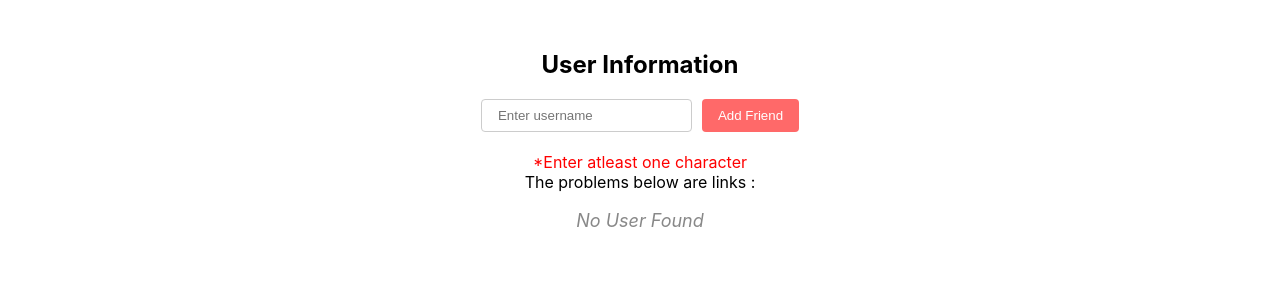
Repository: Sanketh149/leetcode-discord
Page: /
An editor plug-in stored every save of this project. The page is shown before and after the next save, followed by the edit.
The browser window is 1280 px wide. The pictures show the whole page.
The project was rebuilt for these pictures with package versions that can differ from the ones it lists, and the page was loaded fresh each time. Also part of the build but not shown: src/Modal.module.css, src/Modal.js, src/Cart.module.css, src/Cart.js.

Above is the page before, as saved 2023-06-21 16:59:33.

### src/App.js
import React, { useState } from "react";
import "./App.css";
import Cart from "./Cart";
const API_ENDPOINT = "/graphql";
const App = () => {
  const [username, setUsername] = useState("");
  const [user, setUser] = useState([]);
  const [leetId, setLeetId] = useState([]);
  const displayTitle = (item, titleSlug) => {
    const exisitingTitles = user.map((innerArray) => innerArray[0]);
    const exisitingSlugs = user.map((innerArray) => innerArray[1]);
    const uniqueTitles = [...new Set([...exisitingTitles, ...item])];
    const uniqueSlugs = [...new Set([...exisitingSlugs, ...titleSlug])];
    // const uniquePairs = uniqueTitles.map((name, index) => ({
    //   name,
    //   link: uniqueSlugs[index],
    // }));
    const uniquePairs = [];
    for (let i = 0; i < uniqueSlugs.length; i++) {
      const temp = [uniqueTitles[i], uniqueSlugs[i]];
      uniquePairs.push(temp);
    }
    setUser((prevState) => {
      return uniquePairs;
    });
  };

  const handleFormSubmit = async (event) => {
    event.preventDefault();

    const query = `
      {
        recentAcSubmissionList(username: "${username}") {
          id
          title
          titleSlug
        }
      }
    `;

    const url = `${API_ENDPOINT}?query=${encodeURIComponent(query)}`;

    fetch(url)
      .then((response) => response.json())
      .then((result) => {
        const titles = result.data.recentAcSubmissionList.map(
          (submission) => submission.title
        );
        const titleslugs = result.data.recentAcSubmissionList.map(
          (submission) => submission.titleSlug
        );
        displayTitle(titles, titleslugs);
        // displayTitleSlug(titleslugs);
      })
      .catch((error) => {
        setCartIsShown(true);
      });
  };

  const handleSubmit = (event) => {
    event.preventDefault();
    handleFormSubmit(event);
    if (!leetId.includes(username)) {
      setLeetId((prevState) => [...prevState, username]);
    }
  };
  const [cartIsShown, setCartIsShown] = useState(false);
  const showCartHandler = () => {
    setCartIsShown(true);
  };
  const hideCartHandler = () => {
    setCartIsShown(false);
  };
  const isSubmitDisabled = username.trim().length === 0;
  return (
    <div className="app">
      {cartIsShown && <Cart onClose={hideCartHandler} />}
      <h1 className="app__title">User Information</h1>
      <form onSubmit={handleSubmit} className="app__form">
        <input
          type="text"
          value={username}
          onChange={(event) => setUsername(event.target.value)}
          placeholder="Enter username"
          className="app__input"
        />
        <button
          type="submit"
          className={`${
            isSubmitDisabled === true ? "app__button_disabled" : "app__button"
          }`}
          disabled={isSubmitDisabled}
        >
          Add Friend
        </button>
      </form>
      {isSubmitDisabled === true && (
        <div style={{ display: "block" }} className="errorShow">
          {" "}
          *Enter atleast one character
        </div>
      )}
      {leetId.map((item) => (
        <button className="displayNameButton">{item}</button>
      ))}
      <div> The problems below are links :</div>
      {user.length > 0 ? (
        <ul className="app__list">
          {user.map((item) => (
            <li className="app__item">
              <a
                href={`https://leetcode.com/problems/${item[1]}`}
                target="_blank"
              >
                {item[0]}
              </a>
            </li>
          ))}
        </ul>
      ) : (
        <p className="app__message">No User Found</p>
      )}
    </div>
  );
};

export default App;

### src/App.css
.app {
  text-align: center;
  margin-top: 50px;
}

.app__title {
  font-size: 24px;
  margin-bottom: 20px;
}

.app__form {
  display: flex;
  justify-content: center;
  margin-bottom: 20px;
}

.app__input {
  padding: 8px 16px;
  margin-right: 10px;
  border-radius: 4px;
  border: 1px solid #ccc;
}

.app__button {
  padding: 8px 16px;
  border-radius: 4px;
  background-color: #007bff;
  color: #fff;
  border: none;
  cursor: pointer;
}

.app__button_disabled {
  padding: 8px 16px;
  border-radius: 4px;
  background-color: #ff6969;
  color: #fff;
  border: none;
  cursor: pointer;
}

.app__list {
  list-style: none;
  padding-left: 0;
  margin-bottom: 20px;
}

.app__item {
  font-size: 18px;
  margin-bottom: 10px;
}

.app__message {
  font-size: 18px;
  font-style: italic;
  color: #888;
}

.app__list a {
  color: #007bff; /* Set the color for regular links */
  text-decoration: none; /* Remove underline for links */
}

.app__list a:visited {
  color: #007bff; /* Set the color for visited links */
}

.errorShow {
  color: red;
}

.displayNameButton {
  background-color: #f2f2f2;
  border: none;
  border-radius: 4px;
  padding: 8px 12px;
  font-size: 14px;
  cursor: pointer;
  margin: 1rem;
}

Loaded but not shown: public/index.html (common file); src/index.js (common file); src/index.css (common file); src/reportWebVitals.js (common file)

After the next save:
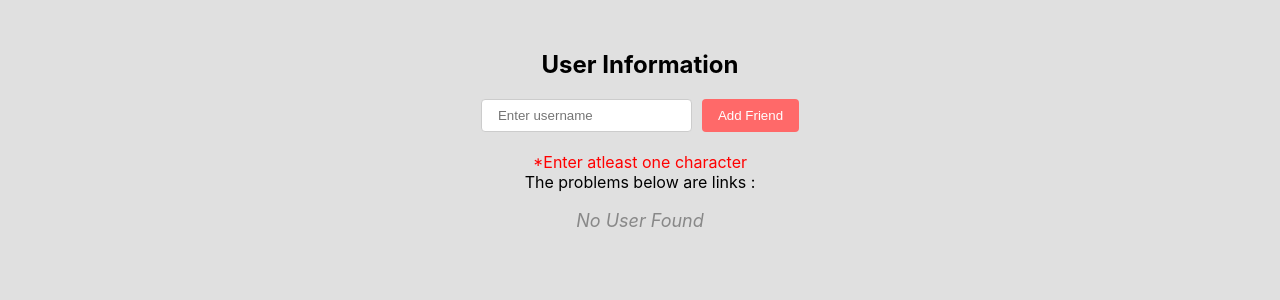
Saved 29 s later.
--- a/src/App.css
+++ b/src/App.css
@@ -78,3 +78,6 @@
   cursor: pointer;
   margin: 1rem;
 }
+:hover {
+  background-color: #e0e0e0;
+}

After the save that followed:
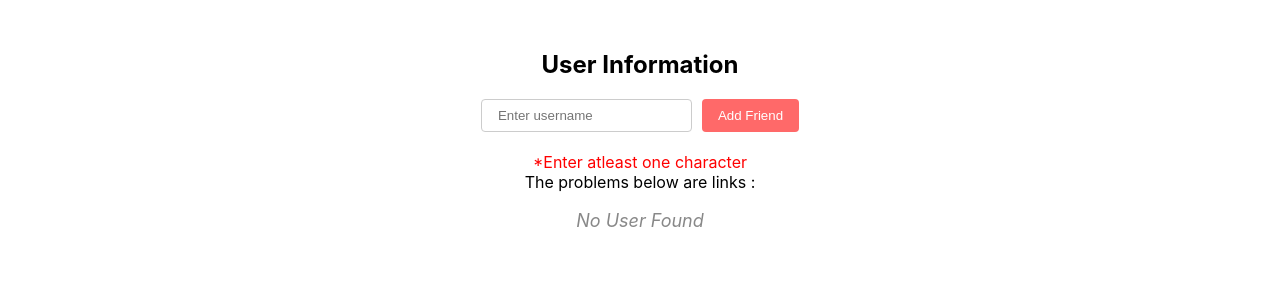
Saved 8 s later.
--- a/src/App.css
+++ b/src/App.css
@@ -78,6 +78,6 @@
   cursor: pointer;
   margin: 1rem;
 }
-:hover {
+.displayNameButton:hover {
   background-color: #e0e0e0;
 }
